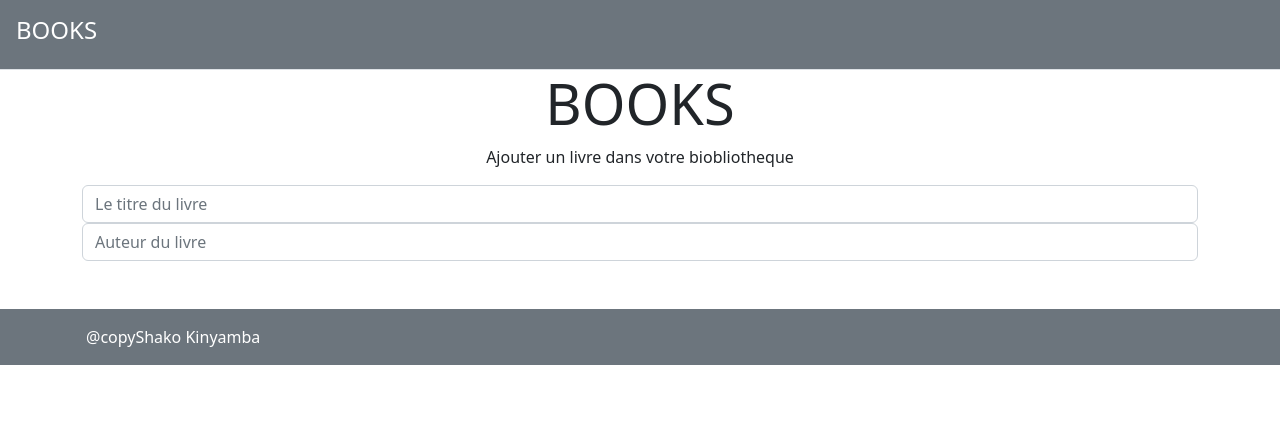
Repository: SKB-TECH/Books
Page: /
An editor plug-in stored every save of this project. The page is shown before and after a run of saves, followed by the edit.
The browser window is 1280 px wide. The pictures show the whole page.
The project was rebuilt for these pictures with package versions that can differ from the ones it lists, and the page was loaded fresh each time. Also part of the build but not shown: vite.config.js.

Above is the page before, as saved 2022-11-09 15:45:36.

### src/main.jsx
import React from 'react'
import ReactDOM from 'react-dom/client'
import App from './App'
import 'bootstrap/dist/css/bootstrap.min.css'

ReactDOM.createRoot(document.getElementById('root')).render(
  <React.StrictMode>
    <App />
  </React.StrictMode>
)

### src/App.jsx
import React from 'react';
import Footer from './components/Footer';
import Navbar from './components/Navbar';
import AddBooks from './Containers/AddBooks'
const App = () => {
  return (
    <div className='App'>
      <Navbar />
      <AddBooks />
      <Footer />
    </div>
  );
};

export default App;

### src/components/Footer.jsx
import React from 'react';

const Footer = () => {
    return (
        <footer className='footer text-white bg-secondary mt-5'>
            <div className='container p-3'>
                <span>
                    @copyShako Kinyamba
                </span>
            </div>
        </footer>
    );
};

export default Footer;

### src/components/Navbar.jsx
import React from 'react';

const Navbar = () => {
    return (
        <header>
            <div className='d-flex flex-column flex-md-row p-3 border-bottom bg-secondary text-white'>
                <h4 className='mr-md-auto'>
                    <a href="/" className='text-decoration-none text-white'>BOOKS</a>
                </h4>
            </div>
            {/* Menu principl */}
        </header>
    );
};

export default Navbar;

### src/Containers/AddBooks.jsx
import React from 'react';

const AddBooks = () => {
    return (
        <main role="main">
            <div className='jumbotron jumbotron-fluid'>
                <div className='container text-center'>
                    <h1 className='display-4'>
                        BOOKS
                    </h1>
                    <p>
                        Ajouter un livre dans votre biobliotheque
                    </p>

                    <form action="" className='form-inline justify-content-center'>
                        <div className='form-group'>
                            <input type="text"
                                className='form-control'
                                placeholder='Le titre du livre'
                                required
                            />
                        </div>
                        <div className='form-group'>
                            <input type="text"
                                className='form-control ml-3'
                                placeholder='Auteur du livre'
                                required
                            />
                        </div>
                    </form>
                </div>
            </div>
        </main>
    );
};

export default AddBooks;

Loaded but not shown: index.html (common file)

After the next 2 saves:
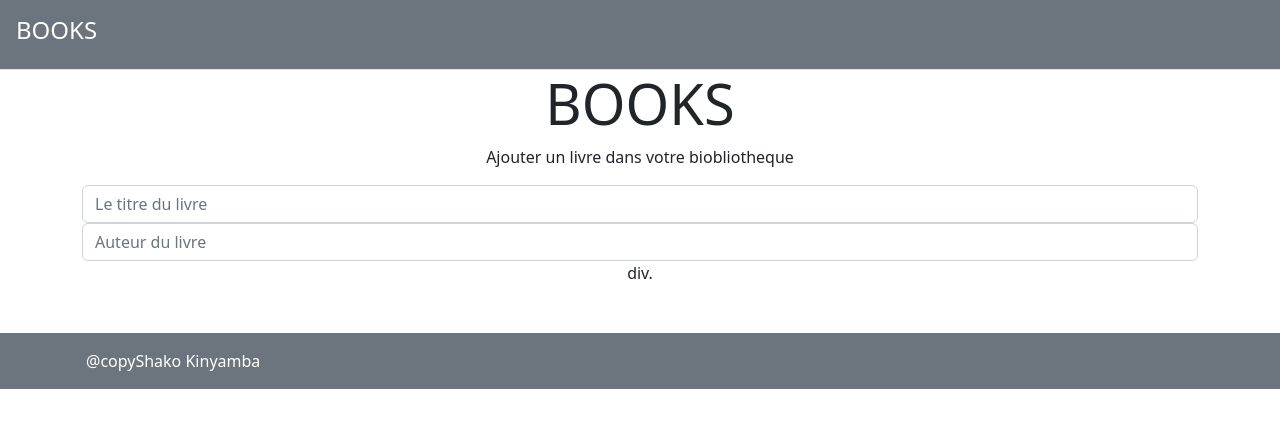
The 2 saves are shown as one change because they came seconds apart.
The last was saved 82 s later.
--- a/src/Containers/AddBooks.jsx
+++ b/src/Containers/AddBooks.jsx
@@ -27,6 +27,7 @@ const AddBooks = () => {
                                 required
                             />
                         </div>
+                        div.
                     </form>
                 </div>
             </div>
